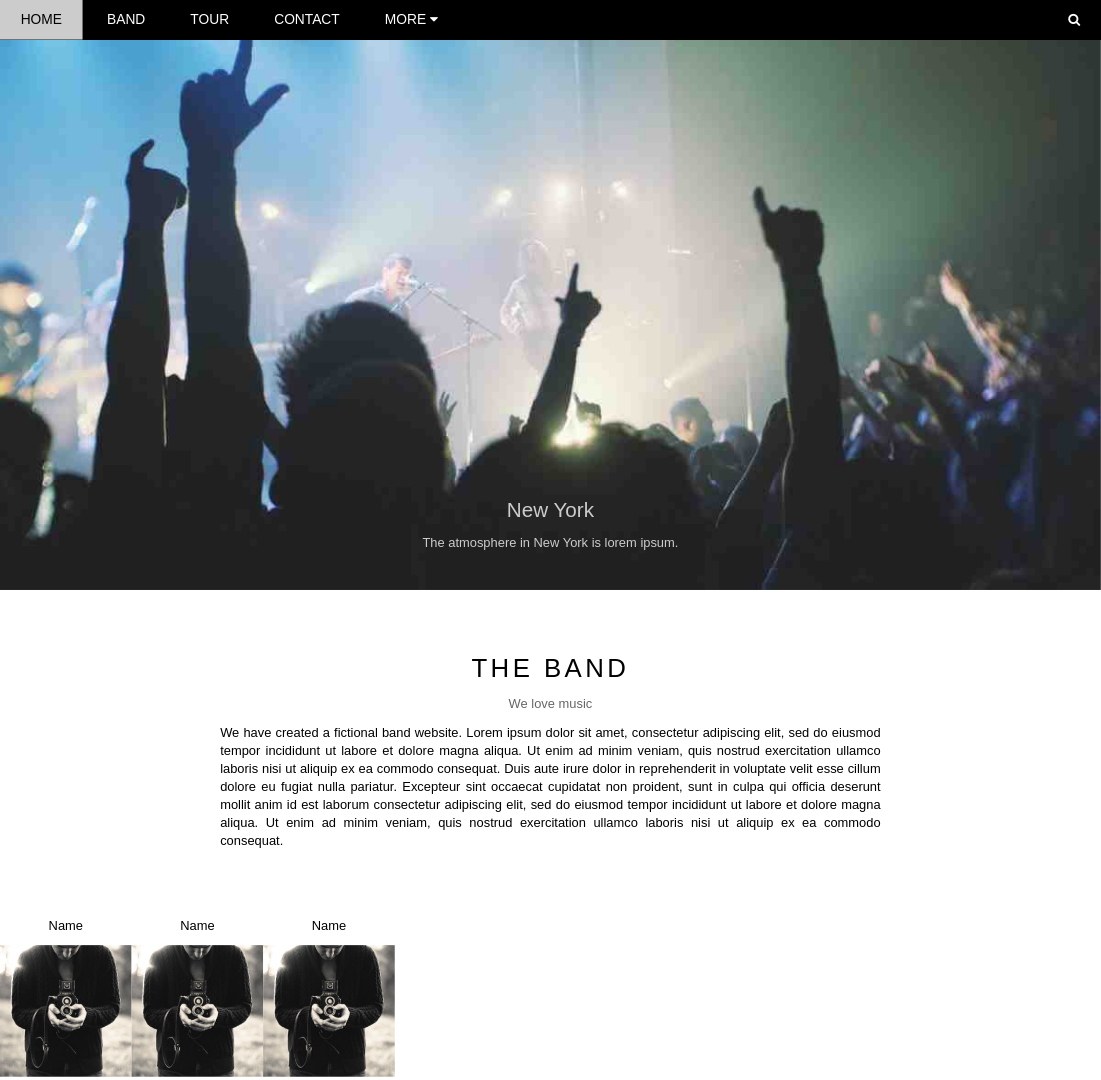
Repository: nguyenhoang2002062929/band
Page: index.html
These files come from the project's save history. The page is drawn as it stood at one moment and after the next save; the edit follows.
The browser window is 1280 px wide. The pictures show the whole page, at 86% of full size.

Above is the page before, as saved 2023-06-04 15:28:57.

### index.html
<!DOCTYPE html>
<html lang="en">
<head>
    <meta charset="UTF-8">
    <meta http-equiv="X-UA-Compatible" content="IE=edge">
    <meta name="viewport" content="width=device-width, initial-scale=1.0">
    <title>Bank music   </title>
    <link rel="stylesheet" href="assets/css/style.css">
    <link rel="stylesheet" href="https://cdnjs.cloudflare.com/ajax/libs/font-awesome/4.7.0/css/font-awesome.min.css">
</head>
<body>
    <div class="main">
        <div class="header">
            <ul class="nav">
                <li><a href="">HOME</a></li>
                <li><a href="">BAND</a></li>
                <li><a href="">TOUR</a></li>
                <li><a href="">CONTACT</a></li>
                <li>
                    <a href="" >MORE <i class="fa fa-caret-down"></i></a>
                    <ul class="subnav">
                        <li><a href="">Merchandise</a></li>
                        <li><a href="">Extras</a></li>
                        <li><a href="">Media</a></li>
                    </ul>
                </li>
            </ul>

            <div class="search">
                <a href=""><i class="fa fa-search"></i></a>
            </div>
        </div>

        <div class="slider">
            <div class="text-content">
                <h2 class="text-heading">New York</h2>
                <p class="text-description">The atmosphere in New York is lorem ipsum.</p>
            </div>
        </div>

        <div class="content">
            <div class="about">
                <div class="content-section">
                    <h2 class="section-heading">THE BAND</h2>
                    <p class="section-sub-heading">We love music</p>
                    <p class="section-text">We have created a fictional band website. Lorem ipsum dolor sit amet, consectetur adipiscing elit, sed do eiusmod tempor incididunt ut labore et dolore magna aliqua. Ut enim ad minim veniam, quis nostrud exercitation ullamco laboris nisi ut aliquip ex ea commodo consequat. Duis aute irure dolor in reprehenderit in voluptate velit esse cillum dolore eu fugiat nulla pariatur. Excepteur sint occaecat cupidatat non proident, sunt in culpa qui officia deserunt mollit anim id est laborum consectetur adipiscing elit, sed do eiusmod tempor incididunt ut labore et dolore magna aliqua. Ut enim ad minim veniam, quis nostrud exercitation ullamco laboris nisi ut aliquip ex ea commodo consequat.</p>
                </div>
                <div class="content-member">
                    <div class="member">
                        <div class="member-text">
                            <p>Name</p>
                        </div>
                        <div class="member-img">
                            <img src="./assets/img/member/bandmember.jpg" alt="">
                        </div>
                    </div>
                    <div class="member">
                        <div class="member-text">
                            <p>Name</p>
                        </div>
                        <div class="member-img">
                            <img src="./assets/img/member/bandmember.jpg" alt="">
                        </div>
                    </div>
                    <div class="member">
                        <div class="member-text">
                            <p>Name</p>
                        </div>
                        <div class="member-img">
                            <img src="./assets/img/member/bandmember.jpg" alt="">
                        </div>
                    </div>
                </div>
            </div>

        </div>

        <div class="footer">

        </div>
    </div>
</body>
</html>

### assets/css/style.css
*{
    margin: 0;
    padding: 0;
    box-sizing: border-box;
}
html{
    font-family: Arial, Helvetica, sans-serif;
}
.header{
    z-index: 1;
    position: fixed;
    height: 46px;
    background-color: #000;
    top: 0;
    left: 0;
    right: 0;
}
.header .nav {
    display: inline-block;
   line-height: 46px;
}
.header .nav > li > a{
    text-decoration: none;
    padding: 0px 24px;
    color: #fff;
}
.header .nav > li{
    display: inline-block;
    position: relative;
}
.header .nav > li:hover > a{
    display: block;
    color: #000;
    background-color: #ccc;
}
.header .nav .subnav{
    position: absolute;
    display: none;
    background-color: #fff;
    box-shadow: 0 0 10px rgba(0, 0, 0, 0.3) ;
}
.subnav li{
      min-width: 160px;
      list-style-type: none;
}
.nav > li:hover > .subnav{
    display: block;
}
.subnav li:hover a{
    color: #000;
    background-color: #ccc;
}
.subnav a{
    display: block;
    text-decoration: none;
    color: #000;
    padding: 0px 24px;
}
.search{
float: right;
padding: 0 24px;
line-height: 46px;
cursor: pointer;
}
.search a{
    color: rgb(255, 255, 255);
    font-size: 15px;
}
.search:hover{
    color: rgb(255, 255, 255);
    background-color: #f44336!important;
}

.slider{
    position: relative;
    margin-top: 46px;
    padding-top: 50%;
    background: url('../img/slider/slider2.jpg') center top / cover no-repeat;
}
.slider .text-content{
    position: absolute;
    color: #ccc;
    bottom: 0;
    left: 50%;
    transform: translateX(-50%);
    text-align: center;
    padding: 32px 16px;
}
.text-content .text-heading{
    font-size: 24px;
    margin-top: 10px;
    font-weight: 200;
}
.text-content .text-description{
    font-size: 15px;
    margin: 15px 0;
}
.content-section{
    width: 768px;
    text-align: center;
    margin-right: auto;
    margin-left: auto;
    padding: 64px 0;
}
.content-section .section-heading{
    font-size: 30px;
    font-weight: 300;
    letter-spacing: 4px;
    margin: 10px;
}
.content-section .section-sub-heading{
    font-size: 15px;
    font-weight: initial;
    margin: 15px;
    opacity: 0.6;
}
.content-section .section-text{
    font-size: 15px;
    text-align: justify;
    line-height: 1.4;
}
.content-member{
    display: block;
    text-align: center;
    align-items: center;
    margin-right: auto;
    margin-left: auto;

}
.member-text{
    font-size: 15px;
    margin: 15px 0;
}
.member-img img{
    width: 153px;
}
.content-member .member{
    float: left;
}

After the next save:
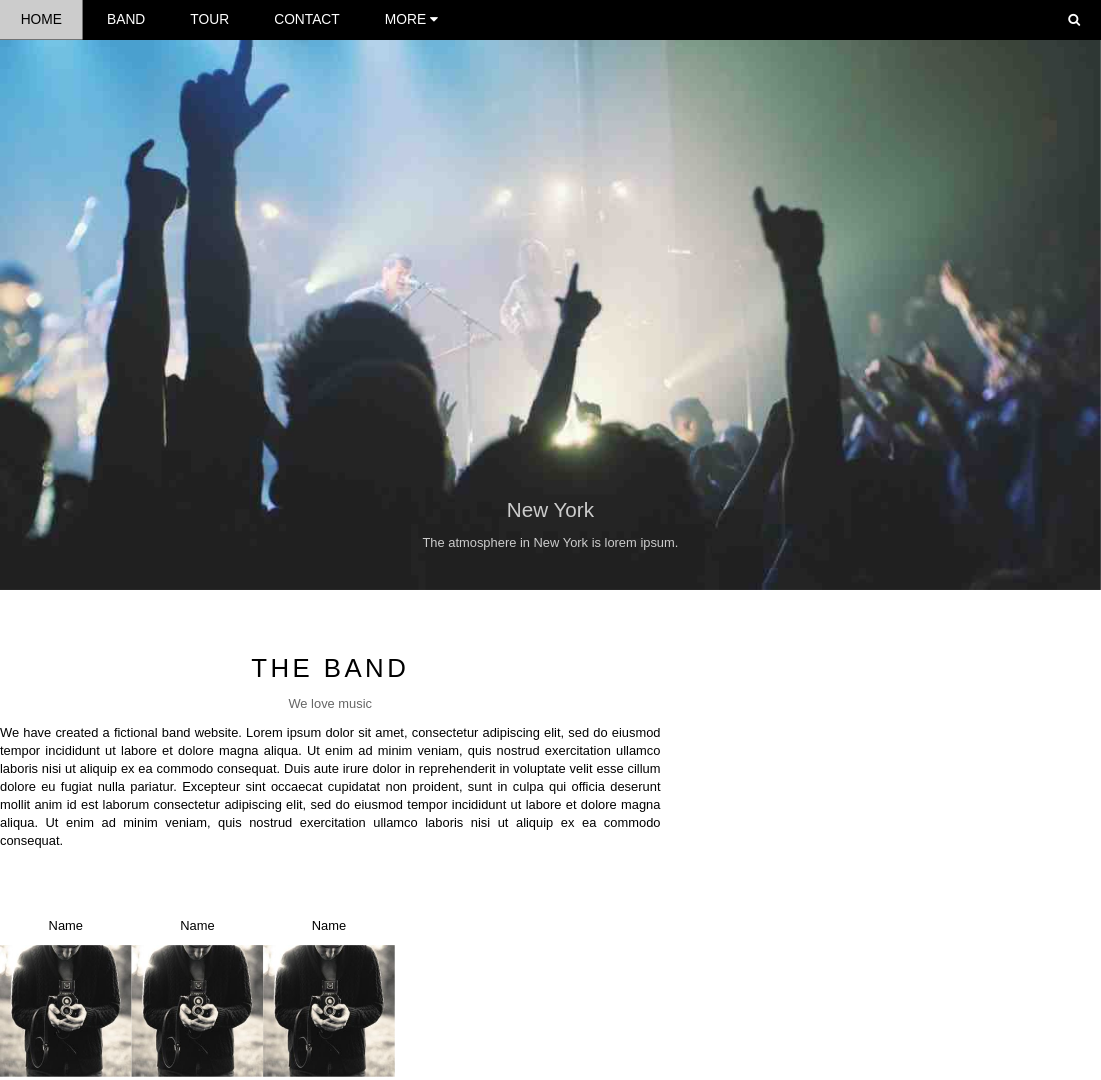
Saved 114 s later.
--- a/assets/css/style.css
+++ b/assets/css/style.css
@@ -95,8 +95,10 @@ cursor: pointer;
     font-size: 15px;
     margin: 15px 0;
 }
+.about{
+    width: 768px;
+}
 .content-section{
-    width: 768px;
     text-align: center;
     margin-right: auto;
     margin-left: auto;
